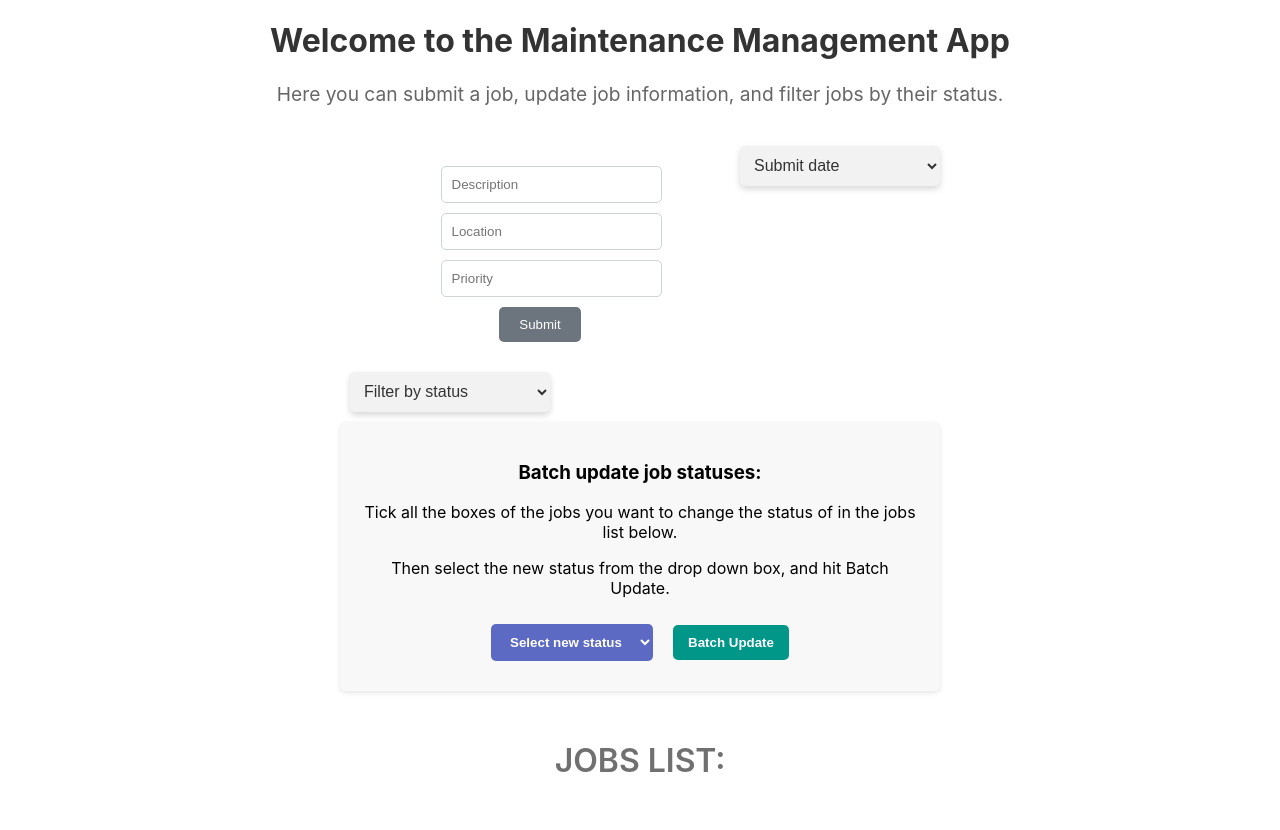
Repository: mikasteyn999/Maintenance-Manager-App
Page: / (app in frontend/)
These files come from the project's save history. The page is drawn as it stood at one moment and after the next save; the edit follows.
The browser window is 1280 px wide. The pictures show the whole page.
The page's requests for data from a server got no answer. The project was rebuilt for these pictures with package versions that can differ from the ones it lists, and the page was loaded fresh each time. No one was signed in, and anything a server would have sent is missing. Also part of the build but not shown: frontend/src/style/Job.css, frontend/src/components/Job.js, frontend/src/style/JobUpdateForm.css, frontend/src/components/JobUpdateForm.js.

Above is the page before, as saved 2023-06-05 17:43:47.

### frontend/src/App.js
// Import necessary libraries and components
import React from 'react';
import Router from './Router';
import './style/App.css'

// Define the App component
// This component uses the Router component to handle routing
const App = () => {
  return (
    <div className="app">
      <h1 className="app-title">Welcome to the Maintenance Management App</h1> {/* Welcome title */}
      <p className="app-instructions">Here you can submit a job, update job information, and filter jobs by their status.</p> {/* Instructions */}
      <Router /> {/* Use Router component for handling routes */}
    </div>
  );
}

// Export the App component
export default App;

### frontend/src/Router.js
// Import necessary libraries and components
import React from 'react';
import { BrowserRouter as Router, Route, Routes } from 'react-router-dom';
import Home from './components/Home';
import JobForm from './components/JobForm';
import JobsList from './components/JobsList';
import JobUpdateForm from './components/JobUpdateForm'

// Define the Router component
// This component defines the routes for the React app
// The Home component (which contains both the JobForm and JobsList components) is displayed when the path is exactly "/"
// The JobForm component is displayed when the path is "/submit"
// The JobsList component is displayed when the path is "/jobs"
const AppRouter = () => {
    return (
        <Router>
            <Routes>
                <Route path="/" element={<Home />} /> {/* Home route */}
                <Route path="/submit" element={<JobForm />} /> {/* Job submission route */}
                <Route path="/jobs" element={<JobsList />} /> {/* Jobs listing route */}
                <Route path="/edit/:id" element={<JobUpdateForm />} />
            </Routes>
        </Router>
    );
};

// Export the Router component
export default AppRouter;

### frontend/src/style/App.css
/* App.css */

.app {
  text-align: center;
}

.app-title {
  font-size: 2em;
  color: #333;
  text-align: center;
}

.app-instructions {
  font-size: 1.2em;
  color: #666;
  margin-bottom: 20px;
  text-align: center;
}

/* style the form container */
.app .job-form {
  max-width: 600px;  /* limit the width */
  margin: 0 auto;   /* center the form */
  padding: 20px;    /* add some padding */
}

/* style the jobs list container */
.app .jobs-list {
  max-width: 600px;  /* limit the width */
  margin: 0 auto;   /* center the jobs list */
  padding: 20px;    /* add some padding */
}

.app .jobs-list .batch-update {
  max-width: 800px;
}

### frontend/src/components/Home.js
// Import necessary components
import React from 'react';
import JobsList from './JobsList';

// Define the Home component
// This component contains the job submission form and job listings
const Home = () => {
  return (
    <div className="home">
      <JobsList /> {/* Job listings */}
    </div>
  );
}

// Export the Home component
export default Home;

### frontend/src/components/JobForm.js
// Import React
import React, { useState } from 'react';
import '../style/JobForm.css'; // Import the CSS

// Define the JobForm component. This component will contain a form that allows users to submit a new job.
// The component has a local state, job, which is updated every time the user types in one of the form inputs.
// The handleChange function updates the job state.
// The handleSubmit function makes a POST request to the /jobs route to submit the new job.
const JobForm = (props) => {
  const [job, setJob] = useState({ description: '', location: '', priority: '' });

  // Adding new state variable for error message.
  const [error, setError] = useState('');

  const handleChange = (e) => {
    setJob({ ...job, [e.target.name]: e.target.value });
  };

  const handleSubmit = async (e) => {
    e.preventDefault();

    // Adding form validation. Check that all fields are filled and priority is a number.
    if (!job.description || !job.location || !job.priority) {
      setError('Please fill in all fields'); // Set error message
      return; // Stop the function
    }
    if (isNaN(job.priority)) {
      setError('Priority must be a number'); // Set error message
      return; // Stop the function
    }

    try {
      const response = await fetch('http://localhost:5000/api/jobs', {
        method: 'POST',
        headers: {
          'Content-Type': 'application/json',
        },
        body: JSON.stringify(job),
      });
      if (!response.ok) {
        throw new Error(`HTTP error! status: ${response.status}`);
      }
      const newJob = await response.json();
      console.log("New Job:", newJob);  // log new job
      props.addNewJob(newJob); // add the new job to the jobs list
      setError(''); // Clear the error message if the job was successfully added
    } catch (err) {
      setError('An error occurred when submitting the job'); // Set error message
    }
  };

  // In the return statement, a new paragraph is added to display any error messages
  return (
    <form className="job-form" onSubmit={handleSubmit}>
      {error && <p className="error">{error}</p>} {/* Display error message if there is one */}
      <input type="text" name="description" value={job.description} onChange={handleChange} placeholder="Description" />
      <input type="text" name="location" value={job.location} onChange={handleChange} placeholder="Location" />
      <input type="text" name="priority" value={job.priority} onChange={handleChange} placeholder="Priority" />
      <button type="submit">Submit</button>
    </form>
  );
};

export default JobForm;

### frontend/src/components/JobsList.js
// Import necessary modules
import React, { useEffect, useState } from 'react';
import Job from './Job';
import JobForm from './JobForm';
import '../style/JobsList.css';

// Define the JobsList component
const JobsList = () => {
  // Initialize state variables
  const [jobs, setJobs] = useState([]);
  const [sortOrder, setSortOrder] = useState("date"); // Default sort order is by date
  const [selectedJobs, setSelectedJobs] = useState([]);
  const [filterStatus, setFilterStatus] = useState("");
  const [jobAdded, setJobAdded] = useState(false);
  const [errorMessage, setErrorMessage] = useState(''); // Add state for error message
  const [batchUpdateMessage, setBatchUpdateMessage] = useState(''); // State for batch success message



   // Fetch jobs function
   const fetchJobs = async () => {
    let url = `http://localhost:5000/api/jobs?sort=${sortOrder}`;
    if (filterStatus) url += `&status=${filterStatus}`; // Add status query parameter if a status filter is selected
    const response = await fetch(url);
    const data = await response.json();
    setJobs(data.filter(job => job.status !== 'Archived')); // Filter out archived jobs
  };

  // Fetch jobs when the component is first rendered and when sortOrder or filterStatus changes
  useEffect(() => {
    fetchJobs();
  }, [sortOrder, filterStatus]);

  // Hide job added message after 2 seconds when a job is added
  useEffect(() => {
    if (jobAdded) {
      setTimeout(() => {
        setJobAdded(false);
      }, 2000); // 2000ms = 2s
    }
  }, [jobAdded]);

  // Update sort order
  const handleSortChange = (event) => {
    setSortOrder(event.target.value);
  };

    // Batch update function
    const handleBatchUpdate = async () => {
      const status = document.getElementById('batchStatusUpdate').value;
      if (!status) {
        console.error('No status selected for batch update');
        setErrorMessage('Please select a status for batch update');
        return;
      }
      if (selectedJobs.length === 0) {
        console.error('No jobs selected for batch update');
        setErrorMessage('Please select at least one job for batch update');
        return;
      }
      try {
        const response = await fetch('http://localhost:5000/api/jobs/batch', {
            method: 'PUT',
            headers: {
                'Content-Type': 'application/json',
            },
            body: JSON.stringify({ jobIds: selectedJobs, status }),
        });

        if (response.ok) {
          console.log('Batch update successful');
          setBatchUpdateMessage('Batch update successful!');
          setTimeout(() => setBatchUpdateMessage(''), 3000); // Clear message after 3 seconds
          setSelectedJobs([]); // Clear selected jobs after successful update
          setErrorMessage(''); // Clear the error message after successful update
          // fetch the jobs again
          fetchJobs();
        } else {
          console.error('Failed to batch update jobs');
          setErrorMessage('Failed to batch update jobs');
          setTimeout(() => setBatchUpdateMessage(''), 3000); // Clear message after 3 seconds
        }
      } catch (error) {
        console.error(`An error occurred: ${error}`);
      }
    };

    // Function to handle archive
    const handleArchive = async (jobId) => {
      try {
        const response = await fetch(`http://localhost:5000/api/jobs/archive/${jobId}`, {
          method: 'PUT',
        });

        if (!response.ok) {
          console.error('Failed to archive job');
        } else {
          setJobs(jobs.filter(job => job._id !== jobId)); // Remove the archived job from the local state
        }
      } catch (error) {
        console.error(`An error occurred: ${error}`);
      }
    };

    // Pass handleArchive as a prop to the Job component
    {jobs.map((job) => (
      <Job key={job._id} job={job} handleArchive={handleArchive} selectedJobs={selectedJobs} setSelectedJobs={setSelectedJobs} />
    ))}

    const addNewJob = (newJob) => {
      console.log("addNewJob called with:", newJob);  // log input to addNewJob
      setJobs([newJob, ...jobs]);
      setJobAdded(true); // Display job added message
    };


    return (
      <div className='jobs-list'>

        {/* Display job added message */}
        {jobAdded && <p className='success-message'>Job added successfully!</p>}

        {/* Add JobForm here */}
        <JobForm addNewJob={addNewJob} />

        {/* Add sort order dropdown */}
        <select className='select-sort' value={sortOrder} onChange={handleSortChange}>
          <option value="">Sort by</option>
          <option value="date">Submit date</option>
          <option value="status">Status</option>
        </select>

        {/* Add status filter dropdown */}
        <select className='select-filter' value={filterStatus} onChange={(e) => setFilterStatus(e.target.value)}>
          <option value="">Filter by status</option>
          <option value="Submitted">Submitted</option>
          <option value="In Progress">In Progress</option>
          <option value="Completed">Completed</option>
        </select>

        {/* Batch update */}
        <div className='batch-update'>
          <h3>Batch update job statuses:</h3>
          <p>Tick all the boxes of the jobs you want to change the status of in the jobs list below.</p>
          <p>Then select the new status from the drop down box, and hit Batch Update.</p>
          <select id="batchStatusUpdate" name="batchStatusUpdate">
            <option value="">Select new status</option>
            <option value="Submitted">Submitted</option>
            <option value="In Progress">In Progress</option>
            <option value="Completed">Completed</option>
          </select>
          <button onClick={handleBatchUpdate}>Batch Update</button>
        </div>

        {/* Display success message */}
        {batchUpdateMessage && <p className="success-message">{batchUpdateMessage}</p>}

        {/* Display error message if there is one */}
        {errorMessage && <p className="error-message">{errorMessage}</p>}

        <div className='jobs-header'>JOBS LIST:</div>

        {/* List the jobs */}
        {jobs.map((job) => (
          <Job key={job._id} job={job} handleArchive={handleArchive} selectedJobs={selectedJobs} setSelectedJobs={setSelectedJobs} />
        ))}
      </div>
    );
};

export default JobsList;

### frontend/src/style/JobForm.css
.job-form {
    margin-bottom: 20px;
}

.job-form input {
    display: block;
    width: 100%;
    padding: 10px;
    margin-bottom: 10px;
    border: 1px solid #ced4da;
    border-radius: 5px;
}

.job-form button {
    padding: 10px 20px;
    border: none;
    border-radius: 5px;
    background-color: #6c757d;
    color: #fff;
    cursor: pointer;
}

### frontend/src/style/JobsList.css
.jobs-list {
    display: flex;
    flex-wrap: wrap;
    justify-content: space-between;
}

.jobs-header {
    font-size: xx-large;
    padding: 5%;
    font-weight: 600;
    color: rgb(112, 112, 112);
    width: 600px;
}

/* Style the select element */
.select-sort {
    width: 200px;
    height: 40px;
    border: none;
    border-radius: 5px;
    padding: 5px 10px;
    margin-bottom: 20px;
    box-shadow: 0 3px 6px 0 rgba(0,0,0,0.16);
    font-size: 16px;
    color: #333;
    background-color: #f2f2f2;
    transition: background-color 0.3s ease;
}

/* Style the options inside the select element */
.select-sort option {
    color: #333;
    background-color: #f2f2f2;
}

/* Change the background color of the select when it's focused */
.select-sort:focus {
    background-color: #e6e6e6;
}

.batch-update {
    max-width: 800px;
    align-items: center;
    justify-content: space-between;
    padding: 20px;
    margin-bottom: 20px;
    background-color: #f8f8f8;
    border-radius: 5px;
    box-shadow: 0 2px 5px rgba(0,0,0,0.1);
}

.batch-update select,
.batch-update button {
    padding: 10px 15px;
    border: none;
    border-radius: 5px;
    background-color: #5c6ac4;
    color: white;
    font-weight: bold;
    cursor: pointer;
    margin: 10px;
}


.batch-update button {
    background-color: #009688;
}

.batch-update button:hover {
    background-color: #00796b;
}

/* Style the select element */
.select-filter {
    width: 200px;
    height: 40px;
    border: none;
    border-radius: 5px;
    padding: 5px 10px;
    margin-bottom: 20px;
    box-shadow: 0 3px 6px 0 rgba(0,0,0,0.16);
    font-size: 16px;
    color: #333;
    background-color: #f2f2f2;
    transition: background-color 0.3s ease;
    margin: 10px;
}

/* Style the options inside the select element */
.select-filter option {
    color: #333;
    background-color: #f2f2f2;
}

.error-message {
    color: red;
    font-weight: bold;
}

.success-message {
    color:rgb(6, 204, 6);
    font-weight: bold;
}

Loaded but not shown: frontend/public/index.html (common file); frontend/src/index.js (common file); frontend/src/index.css (common file); frontend/src/reportWebVitals.js (common file)

After the next save:
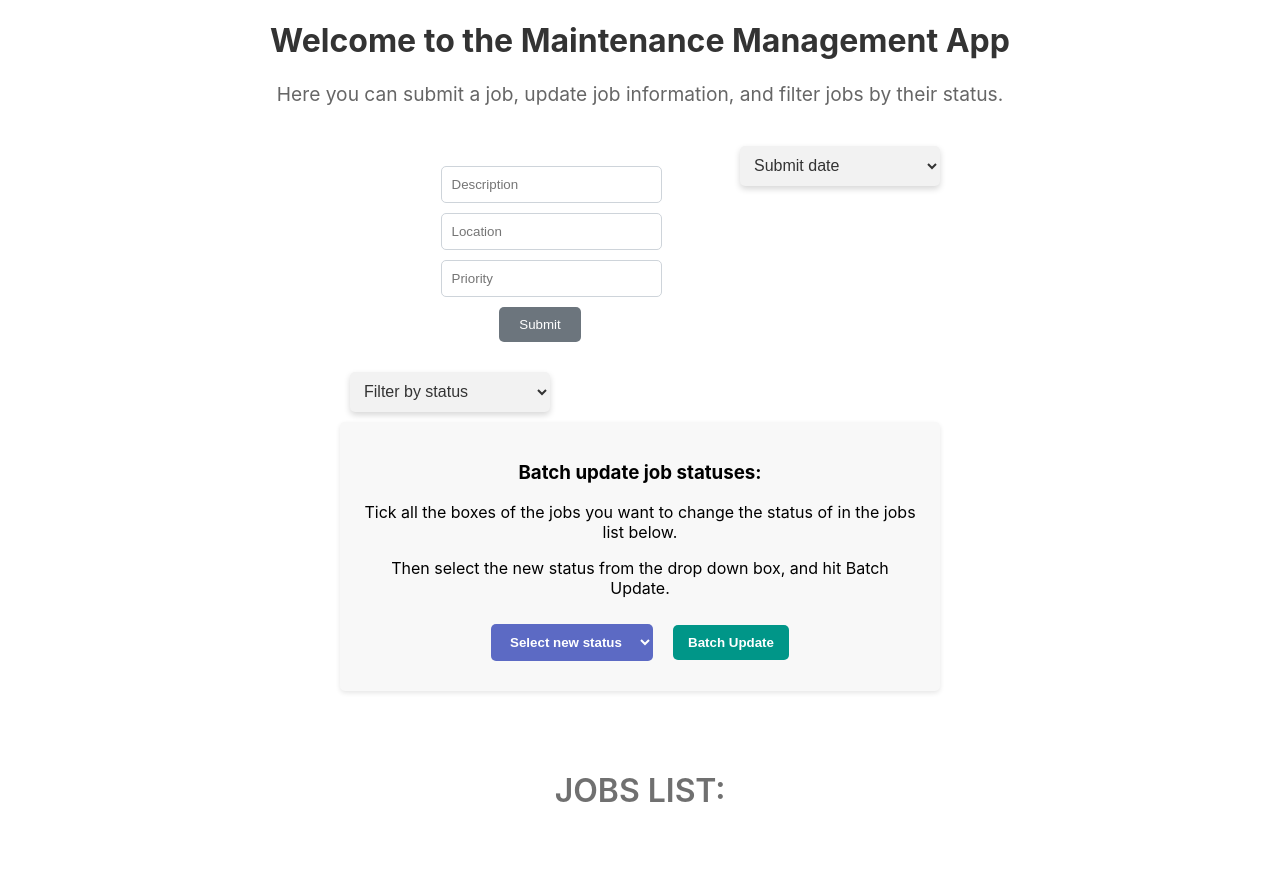
Saved 7 s later.
--- a/frontend/src/style/JobsList.css
+++ b/frontend/src/style/JobsList.css
@@ -6,7 +6,7 @@
 
 .jobs-header {
     font-size: xx-large;
-    padding: 5%;
+    padding: 10%;
     font-weight: 600;
     color: rgb(112, 112, 112);
     width: 600px;

After the 2 saves that followed:
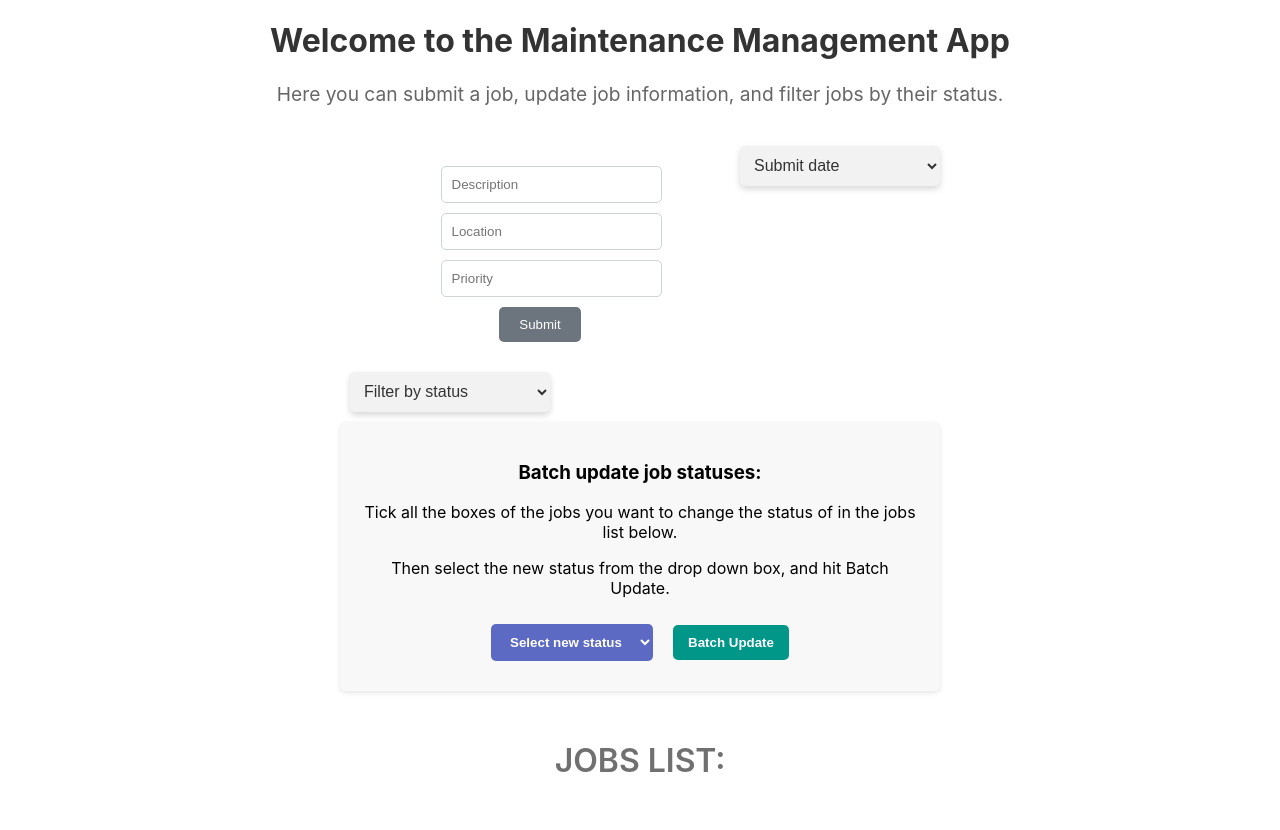
The 2 saves are shown as one change because they came seconds apart.
The last was saved 29 s later.
--- a/frontend/src/style/JobsList.css
+++ b/frontend/src/style/JobsList.css
@@ -6,7 +6,7 @@
 
 .jobs-header {
     font-size: xx-large;
-    padding: 10%;
+    padding: 5%;
     font-weight: 600;
     color: rgb(112, 112, 112);
     width: 600px;
